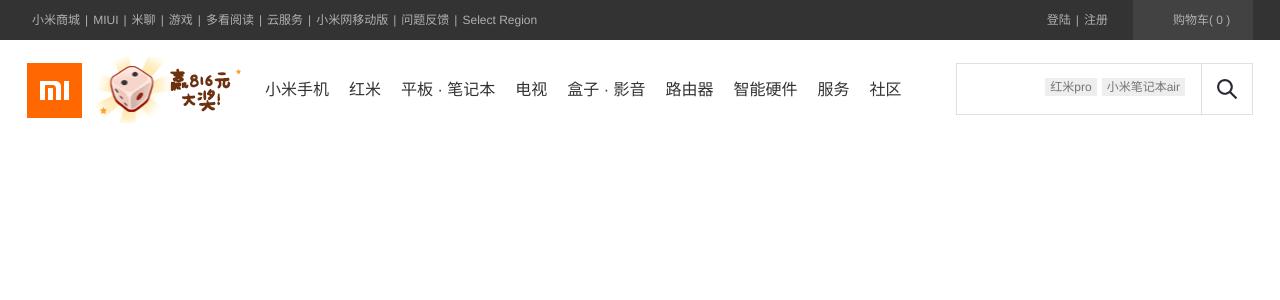
Repository: jijiajia19/mvue-by-jacle
Page: /
These files come from the project's save history. The page is drawn as it stood at one moment and after the next save; the edit follows.
The browser window is 1280 px wide. The pictures show the whole page.
The project was rebuilt for these pictures with package versions that can differ from the ones it lists, and the page was loaded fresh each time. Also part of the build but not shown: vue.config.js.

Above is the page before, as saved 2022-02-25 16:56:38.

After the next save:
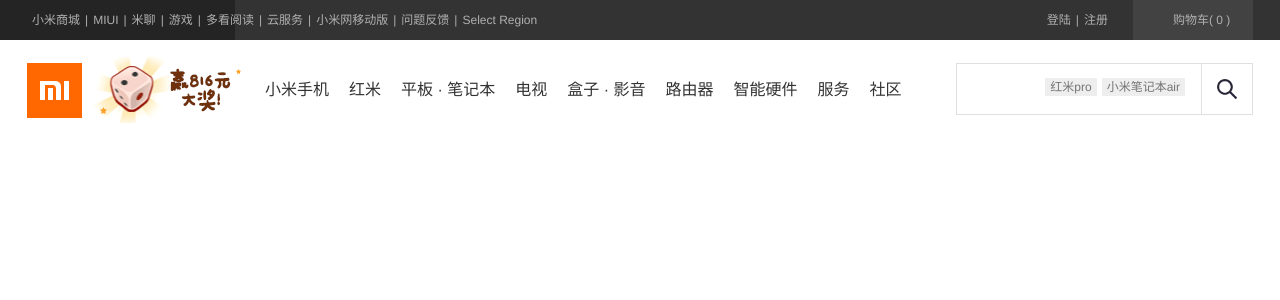
Saved 4 s later.
--- a/src/views/Main.vue
+++ b/src/views/Main.vue
@@ -16,7 +16,7 @@
     data() {
         return {};
     },
-    components: { Header, Menu },
+    components: { Header, Menu, Category },
 };
 </script>
 
